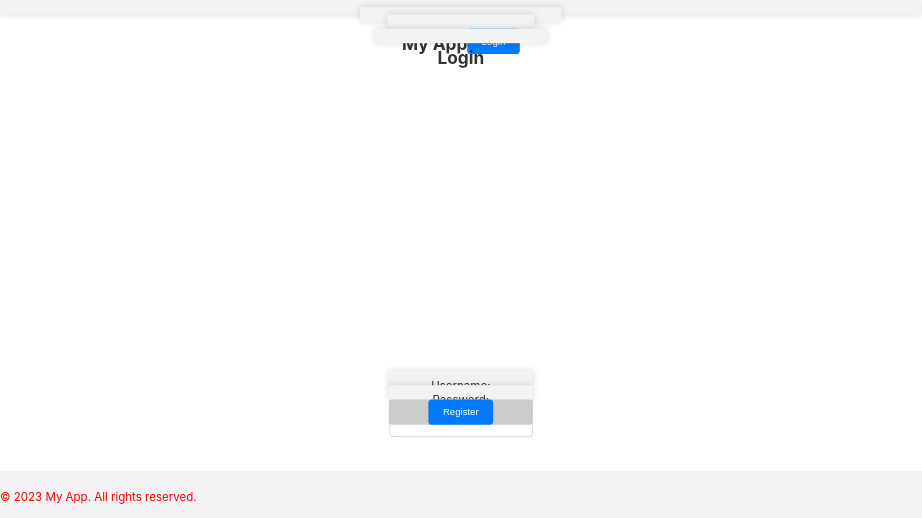
Repository: iMlearnDinG/react-app-v2
Page: /
An editor plug-in stored every save of this project. The page is shown before and after the next save, followed by the edit.
The browser window is 1280 px wide. The pictures show the whole page, at 72% of full size.
The page's requests for data from a server got no answer. The project was rebuilt for these pictures with package versions that can differ from the ones it lists, and the page was loaded fresh each time. No one was signed in, and anything a server would have sent is missing. Also part of the build but not shown: src/components/Register.js, src/components/Lobby.js, src/components/Game.js, src/components/Menu.js.

Above is the page before, as saved 2023-07-19 02:01:43.

After the next save:
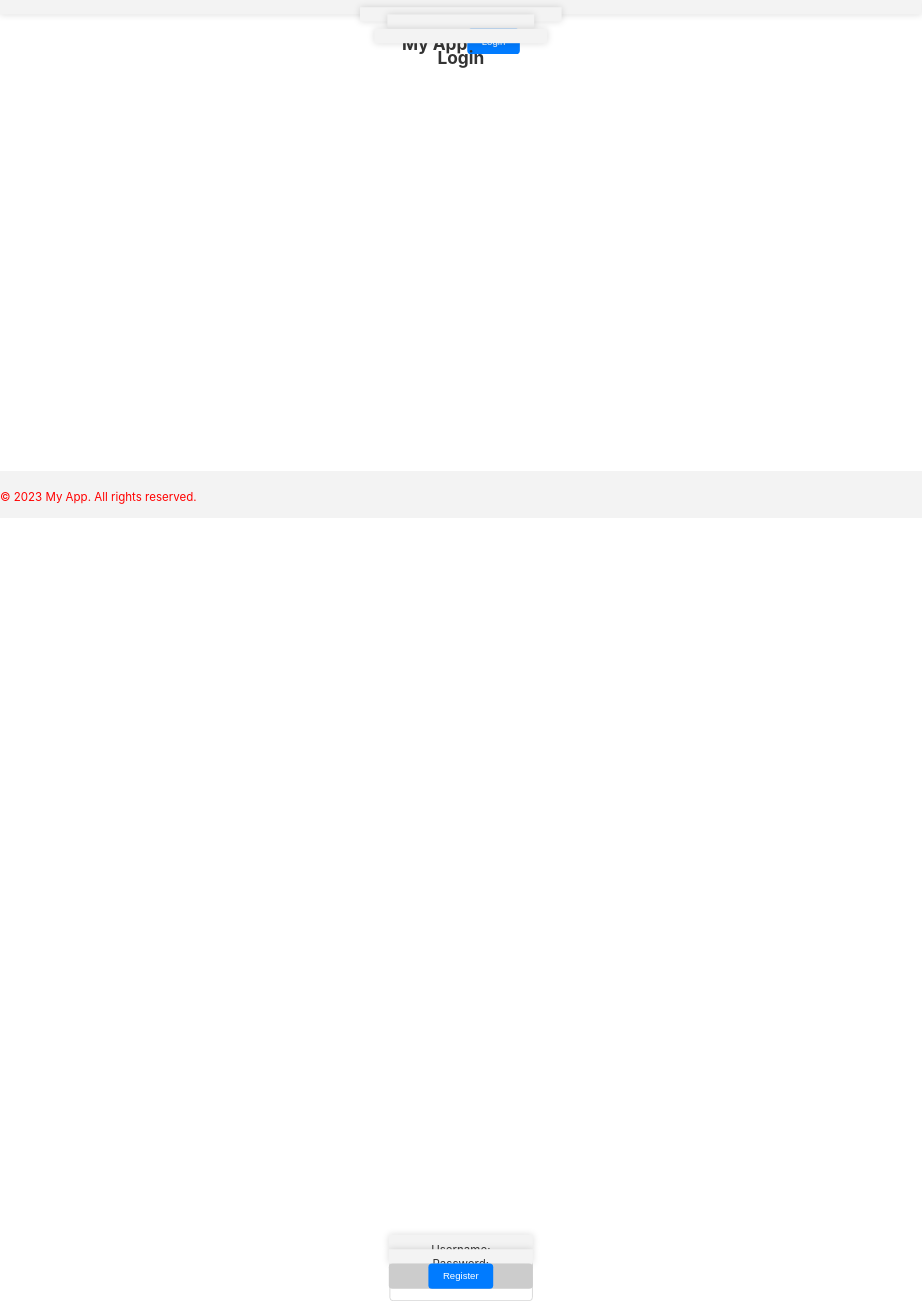
Saved 64 s later.
--- a/src/css/login.css
+++ b/src/css/login.css
@@ -24,7 +24,7 @@ div {
     flex-direction: column;
     width: 200px;
     height: 40px;
-    margin-top: 25rem;
+    margin-top: 100rem;
   }
 
   div label {
